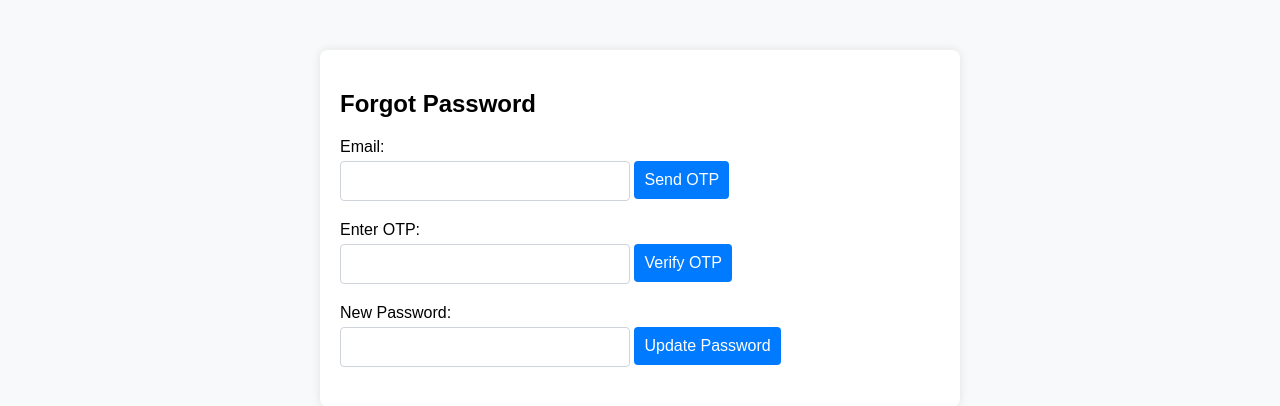
Repository: thatipallyvinod/AdvanceJava
Page: Gaming Project/src/main/webapp/psw.html
The author's editor kept a copy of each file at every save. The page is drawn from the files as they stood at one save, then again after the next save.
The browser window is 1280 px wide. The pictures show the whole page.

Above is the page before, as saved 2024-03-18 17:19:23.

After the next save:
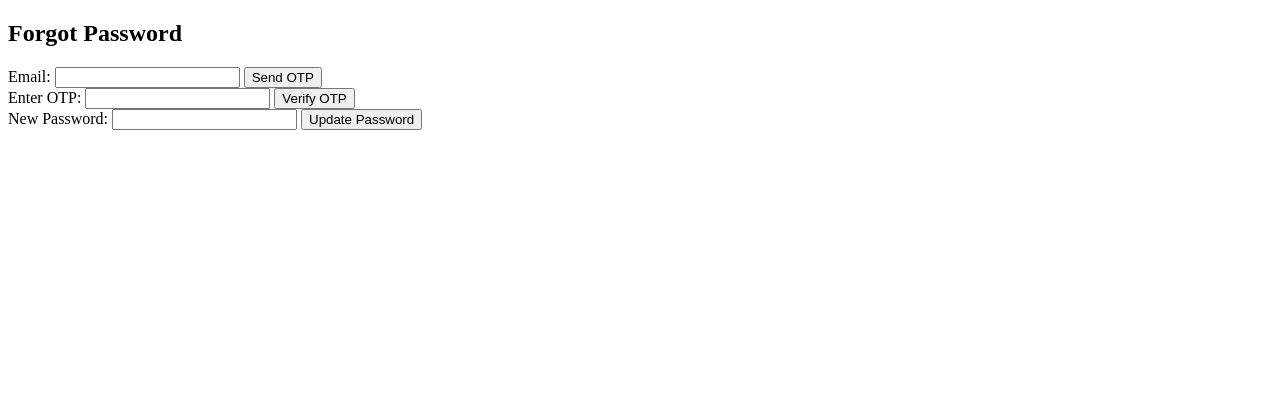
Saved 15 min 57 s later.
--- a/Gaming Project/src/main/webapp/psw.html
+++ b/Gaming Project/src/main/webapp/psw.html
@@ -4,68 +4,6 @@
     <meta charset="UTF-8">
     <meta name="viewport" content="width=device-width, initial-scale=1.0">
     <title>Forgot Password</title>
-    <style>
-        body {
-            font-family: Arial, sans-serif;
-            background-color: #f8f9fa;
-        }
-        .container {
-            max-width: 600px;
-            margin: auto;
-            padding: 20px;
-            background-color: #fff;
-            border-radius: 8px;
-            box-shadow: 0 0 10px rgba(0, 0, 0, 0.1);
-            margin-top: 50px;
-        }
-        .form-group {
-            margin-bottom: 20px;
-        }
-        .form-group label {
-            display: block;
-            margin-bottom: 5px;
-        }
-        .form-control {
-            width: calc(50% - 10px);
-            padding: 10px;
-            font-size: 16px;
-            border-radius: 4px;
-            border: 1px solid #ced4da;
-            display: inline-block;
-            box-sizing: border-box;
-            vertical-align: top;
-        }
-        .btn-primary {
-            padding: 10px;
-            font-size: 16px;
-            color: #fff;
-            background-color: #007bff;
-            border: none;
-            border-radius: 4px;
-            cursor: pointer;
-            display: inline-block;
-            vertical-align: top;
-            text-decoration: none; /* Remove underline */
-        }
-        .btn-primary:hover {
-            background-color: #0056b3;
-        }
-        .alert {
-            padding: 10px;
-            margin-bottom: 20px;
-            border-radius: 4px;
-        }
-        .alert-success {
-            background-color: #d4edda;
-            border-color: #c3e6cb;
-            color: #155724;
-        }
-        .alert-danger {
-            background-color: #f8d7da;
-            border-color: #f5c6cb;
-            color: #721c24;
-        }
-    </style>
 </head>
 <body>
     <div class="container">
@@ -73,21 +11,21 @@
         <form id="forgot-password-form">
             <div class="form-group">
                 <label for="email">Email:</label>
-                <input type="email" class="form-control" id="email" required>
-                <a href="sendOtp.php" class="btn btn-primary" onclick="sendOTP(event)">Send OTP</a>
+                <input type="email" id="email" required>
+                <button type="button" onclick="sendOTP()">Send OTP</button>
             </div>
             <div class="form-group">
                 <label for="otp">Enter OTP:</label>
-                <input type="text" class="form-control" id="otp" required>
-                <button type="button" class="btn btn-primary" onclick="verifyOTP()">Verify OTP</button>
+                <input type="text" id="otp" required>
+                <button type="button" onclick="verifyOTP()">Verify OTP</button>
             </div>
             <div class="form-group">
                 <label for="new-password">New Password:</label>
-                <input type="password" class="form-control" id="new-password" required>
-                <button type="button" class="btn btn-primary" onclick="updatePassword()">Update Password</button>
+                <input type="password" id="new-password" required>
+                <button type="button" onclick="updatePassword()">Update Password</button>
             </div>
         </form>
-        <div id="message" class="alert" style="display: none;"></div>
+        <div id="message"></div>
     </div>
 
     <script>
@@ -97,9 +35,25 @@
                 showMessage('Please enter your email.', 'danger');
                 return;
             }
-            // Implement logic to send OTP to the user's email address
-            // For demonstration purposes, let's assume the OTP is sent successfully
-            showMessage('OTP sent to your email.', 'success');
+
+            // Send a POST request to the server to send OTP
+            fetch('/sendOTP', {
+                method: 'POST',
+                headers: {
+                    'Content-Type': 'application/json'
+                },
+                body: JSON.stringify({ email: email })
+            })
+            .then(response => {
+                if (response.ok) {
+                    showMessage('OTP sent to your email.', 'success');
+                } else {
+                    showMessage('Failed to send OTP. Please try again later.', 'danger');
+                }
+            })
+            .catch(error => {
+                showMessage('Failed to send OTP. Please try again later.', 'danger');
+            });
         }
 
         function verifyOTP() {
@@ -109,7 +63,6 @@
                 return;
             }
             // Implement logic to verify the entered OTP
-            // For demonstration purposes, let's assume the OTP is verified successfully
             showMessage('OTP verified successfully.', 'success');
         }
 
@@ -120,15 +73,12 @@
                 return;
             }
             // Implement logic to update the user's password
-            // For demonstration purposes, let's assume the password is updated successfully
             showMessage('Password updated successfully.', 'success');
         }
 
         function showMessage(message, type) {
             var messageElement = document.getElementById('message');
-            messageElement.textContent = message;
-            messageElement.className = 'alert alert-' + type;
-            messageElement.style.display = 'block';
+            messageElement.innerHTML = `<div class="alert alert-${type}">${message}</div>`;
         }
     </script>
 </body>

After the save that followed:
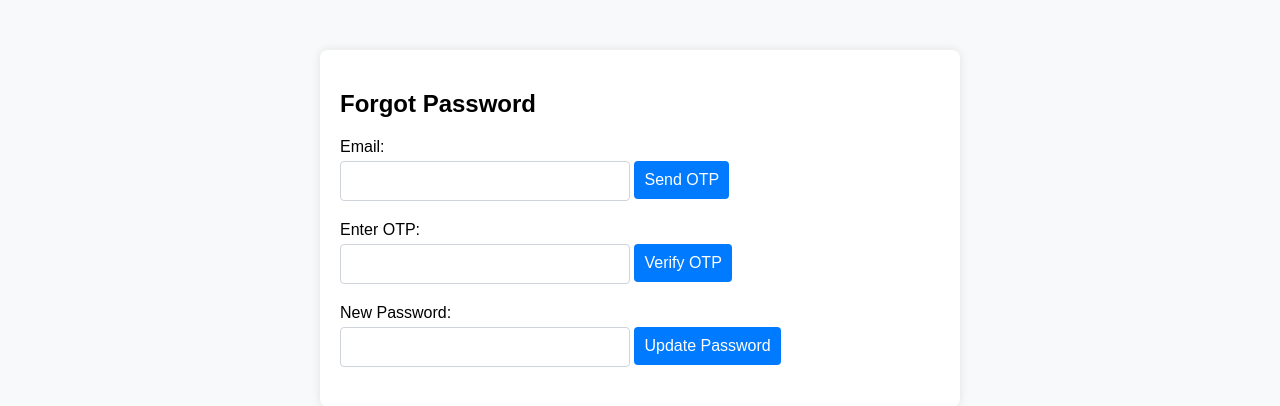
Saved 48 s later.
--- a/Gaming Project/src/main/webapp/psw.html
+++ b/Gaming Project/src/main/webapp/psw.html
@@ -4,6 +4,68 @@
     <meta charset="UTF-8">
     <meta name="viewport" content="width=device-width, initial-scale=1.0">
     <title>Forgot Password</title>
+    <style>
+        body {
+            font-family: Arial, sans-serif;
+            background-color: #f8f9fa;
+        }
+        .container {
+            max-width: 600px;
+            margin: auto;
+            padding: 20px;
+            background-color: #fff;
+            border-radius: 8px;
+            box-shadow: 0 0 10px rgba(0, 0, 0, 0.1);
+            margin-top: 50px;
+        }
+        .form-group {
+            margin-bottom: 20px;
+        }
+        .form-group label {
+            display: block;
+            margin-bottom: 5px;
+        }
+        .form-control {
+            width: calc(50% - 10px);
+            padding: 10px;
+            font-size: 16px;
+            border-radius: 4px;
+            border: 1px solid #ced4da;
+            display: inline-block;
+            box-sizing: border-box;
+            vertical-align: top;
+        }
+        .btn-primary {
+            padding: 10px;
+            font-size: 16px;
+            color: #fff;
+            background-color: #007bff;
+            border: none;
+            border-radius: 4px;
+            cursor: pointer;
+            display: inline-block;
+            vertical-align: top;
+            text-decoration: none; /* Remove underline */
+        }
+        .btn-primary:hover {
+            background-color: #0056b3;
+        }
+        .alert {
+            padding: 10px;
+            margin-bottom: 20px;
+            border-radius: 4px;
+        }
+        .alert-success {
+            background-color: #d4edda;
+            border-color: #c3e6cb;
+            color: #155724;
+        }
+        .alert-danger {
+            background-color: #f8d7da;
+            border-color: #f5c6cb;
+            color: #721c24;
+        }
+    </style>
 </head>
 <body>
     <div class="container">
@@ -11,21 +73,21 @@
         <form id="forgot-password-form">
             <div class="form-group">
                 <label for="email">Email:</label>
-                <input type="email" id="email" required>
-                <button type="button" onclick="sendOTP()">Send OTP</button>
+                <input type="email" class="form-control" id="email" required>
+                <a href="sendOtp.php" class="btn btn-primary" onclick="sendOTP(event)">Send OTP</a>
             </div>
             <div class="form-group">
                 <label for="otp">Enter OTP:</label>
-                <input type="text" id="otp" required>
-                <button type="button" onclick="verifyOTP()">Verify OTP</button>
+                <input type="text" class="form-control" id="otp" required>
+                <button type="button" class="btn btn-primary" onclick="verifyOTP()">Verify OTP</button>
             </div>
             <div class="form-group">
                 <label for="new-password">New Password:</label>
-                <input type="password" id="new-password" required>
-                <button type="button" onclick="updatePassword()">Update Password</button>
+                <input type="password" class="form-control" id="new-password" required>
+                <button type="button" class="btn btn-primary" onclick="updatePassword()">Update Password</button>
             </div>
         </form>
-        <div id="message"></div>
+        <div id="message" class="alert" style="display: none;"></div>
     </div>
 
     <script>
@@ -35,25 +97,9 @@
                 showMessage('Please enter your email.', 'danger');
                 return;
             }
-
-            // Send a POST request to the server to send OTP
-            fetch('/sendOTP', {
-                method: 'POST',
-                headers: {
-                    'Content-Type': 'application/json'
-                },
-                body: JSON.stringify({ email: email })
-            })
-            .then(response => {
-                if (response.ok) {
-                    showMessage('OTP sent to your email.', 'success');
-                } else {
-                    showMessage('Failed to send OTP. Please try again later.', 'danger');
-                }
-            })
-            .catch(error => {
-                showMessage('Failed to send OTP. Please try again later.', 'danger');
-            });
+            // Implement logic to send OTP to the user's email address
+            // For demonstration purposes, let's assume the OTP is sent successfully
+            showMessage('OTP sent to your email.', 'success');
         }
 
         function verifyOTP() {
@@ -63,6 +109,7 @@
                 return;
             }
             // Implement logic to verify the entered OTP
+            // For demonstration purposes, let's assume the OTP is verified successfully
             showMessage('OTP verified successfully.', 'success');
         }
 
@@ -73,12 +120,15 @@
                 return;
             }
             // Implement logic to update the user's password
+            // For demonstration purposes, let's assume the password is updated successfully
             showMessage('Password updated successfully.', 'success');
         }
 
         function showMessage(message, type) {
             var messageElement = document.getElementById('message');
-            messageElement.innerHTML = `<div class="alert alert-${type}">${message}</div>`;
+            messageElement.textContent = message;
+            messageElement.className = 'alert alert-' + type;
+            messageElement.style.display = 'block';
         }
     </script>
 </body>
